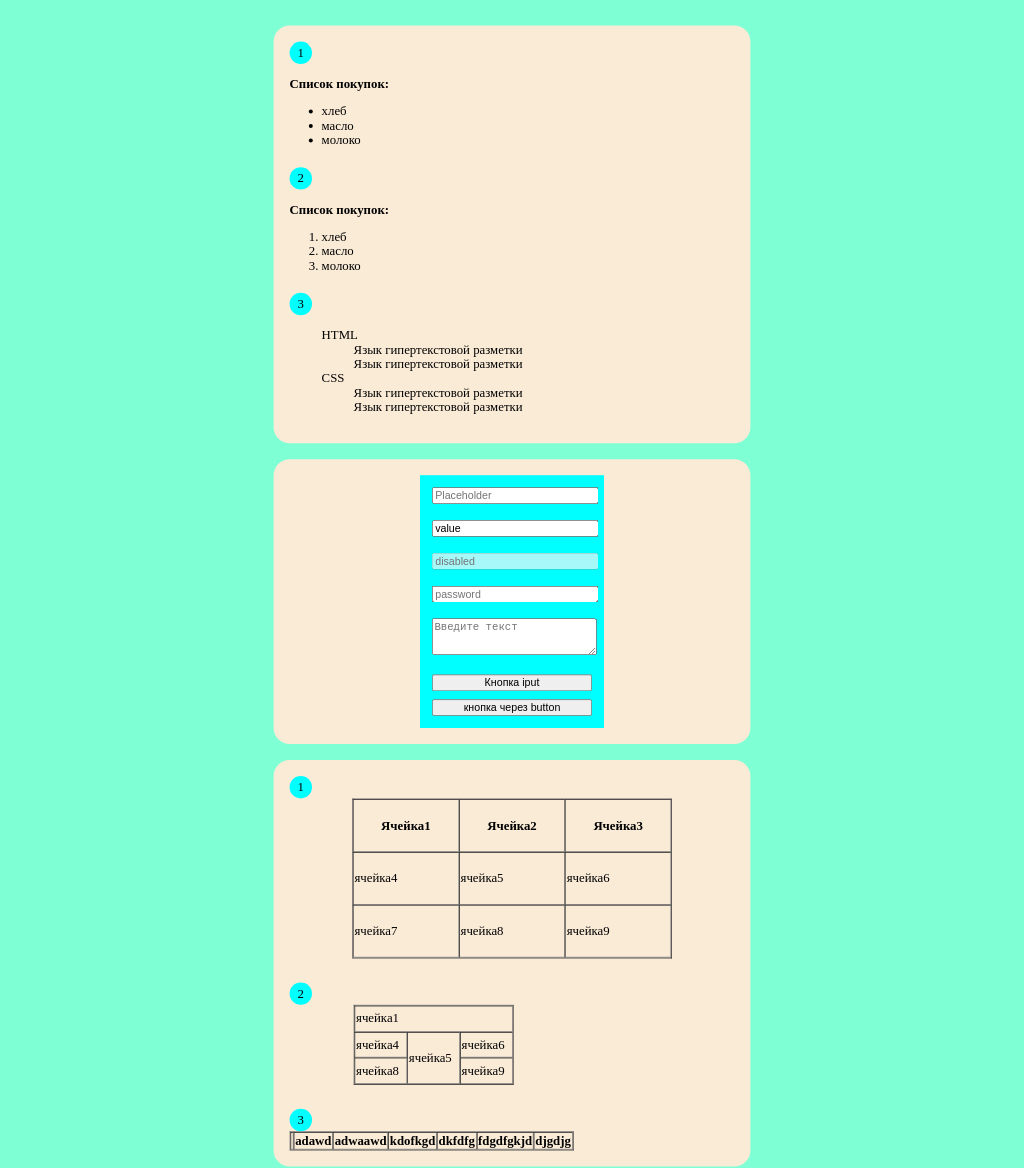
Repository: Savich01/-
Page: html/index.html
These files come from the project's save history. The page is drawn as it stood at one moment and after the next save; the edit follows.
The browser window is 1280 px wide. The pictures show the whole page, at 80% of full size.

Above is the page before, as saved 2024-05-31 17:03:17.

### html/index.html
<!DOCTYPE html>
<html lang="en">
<head>
    <meta charset="UTF-8">
    <meta name="viewport" content="width=device-width, initial-scale=1.0">
    <title>Document</title>
    <link rel="stylesheet" href="/css/style.css">
</head>
<body>

    <header class="header">

    </header>
    <main class="main">
        <div class="container">
            <section class="section-1">
                <div class="block">1</div>
                <p class="text">
                    <b>Список покупок:</b>
                </p>
                <ul class="list">
                    <li>хлеб</li>
                    <li>масло</li>
                    <li>молоко</li>
                </ul>

                <div class="block">2</div>
                <p class="text">
                    <b>Список покупок:</b>
                </p>
                <ol class="list">
                    <li>хлеб</li>
                    <li>масло</li>
                    <li>молоко</li>
                </ol>

                <div class="block">3</div>
                <ul class="main-list--item">
                    <li>HTML
                        <ul>
                            <li class="main-link">Язык гипертекстовой разметки</li>
                            <li class="main-link">Язык гипертекстовой разметки</li>
                        </ul>
                    </li>
                    <li>CSS
                        <ul>
                            <li class="main-link">Язык гипертекстовой разметки</li>
                            <li class="main-link">Язык гипертекстовой разметки</li>
                        </ul>
                    </li>
                </ul>
            </section>

            <section class="section-2">
                <form action="#" class="form">
                    <input class="input" type="text" placeholder="Placeholder">
                    <input class="input" type="text" value="value">
                    <input class="input" type="text" disabled="disabled" placeholder="disabled">
                    <input class="input" type="password" placeholder="password">
                    <textarea class="textarea" placeholder="Введите текст"></textarea>
                    <input class="input-btn" type="button" value="Кнопка iput">
                    <button class="button">кнопка через button</button>
                </form>
            </section>

            <section class="section-3">
                <div class="block">1</div>
                <table class="table" width=400 height=200 border=1 cellpedding=0 cellspacing=0>
                    <tr>
                        <th>Ячейка1</th>
                        <th>Ячейка2</th>
                        <th>Ячейка3</th>
                    </tr>

                    <tr>
                        <td>ячейка4</td>
                        <td>ячейка5</td>
                        <td>ячейка6</td>
                    </tr>
                    <tr>
                        <td>ячейка7</td>
                        <td>ячейка8</td>
                        <td>ячейка9</td>
                    </tr>
                </table>

                <div class="block">2</div>
                <table class="table2" width=200 height=100  border="1" cellpedding=0 cellspacing=0>
                    <tr>
                        <td colspan="3">ячейка1</td>
                        <!-- <td>ячейка2</td> -->
                        <!-- <td>ячейка3</td> -->
                    </tr>
                    <tr>
                        <td>ячейка4</td>
                        <td rowspan="2">ячейка5</td>
                        <td>ячейка6</td>
                    </tr>
                    <tr>
                        <!-- <td>ячейка7</td> -->
                        <td>ячейка8</td>
                        <td>ячейка9</td>
                    </tr>
                </table>

                <div class="block">3</div>
                <table class="table3"   border="1" cellpedding=0 cellspacing=0>
                    <td>
                        <th>adawd</th>
                        <th>adwaawd</th>
                        <th>kdofkgd</th>
                        <th>dkfdfg</th>
                        <th>fdgdfgkjd</th>
                        <th>djgdjg</th>
                    </td>
                </table>
            </section>
        </div>
    </main>
    <footer class="footer">

    </footer>

</body>
</html>

### css/style.css
body{
    max-width: 600px;
    height: 100%;
    margin: 0 auto;
    background-color: aquamarine;
    padding: 0px 10px;
}

.container{
    padding: 2px;
    margin-top: 30px;
}
/* ==========SECTION-1========================== */
.section-1{
    padding: 20px;
    background-color: antiquewhite;
    border-radius: 20px;
    margin-bottom: 20px;
}

.block{
    background-color:aqua;
    display: inline-block;
    padding: 5px 10px;
    border-radius: 100%;
}

.list{
    margin-bottom: 25px;
}
.main-list--item{
    list-style: none;
    /* text-decoration: none; */
}

.main-link{
    list-style: none;
}

/* ==========SECTION-2========================== */

.section-2{
    background-color: antiquewhite;
    border-radius: 20px;
    padding: 20px;
    margin-bottom: 20px;
}

.form{
    margin: 0 auto;
    max-width: 200px;
    padding: 15px;
    background-color: aqua;
}
.input{
    margin: 0 auto;
    width: 100%;
    margin-bottom: 20px;
}
.textarea{
    width: 100%;
    height: 40px;
    margin-bottom: 20px;
}

.input-btn{
    display: block;
    width: 100%;
    margin-bottom: 10px;
    cursor: pointer;
}
.button{
    display: block;
    width: 100%;
    cursor: pointer;
}

/* ==========SECTION-3========================== */

.section-3{
    background-color: antiquewhite;
    border-radius: 20px;
    padding: 20px;
}

.table{
    margin: 0 auto;
    margin-bottom: 30px;
}
.table2{
    margin-left: 80px;
    margin-bottom: 30px;
}

After the next save:
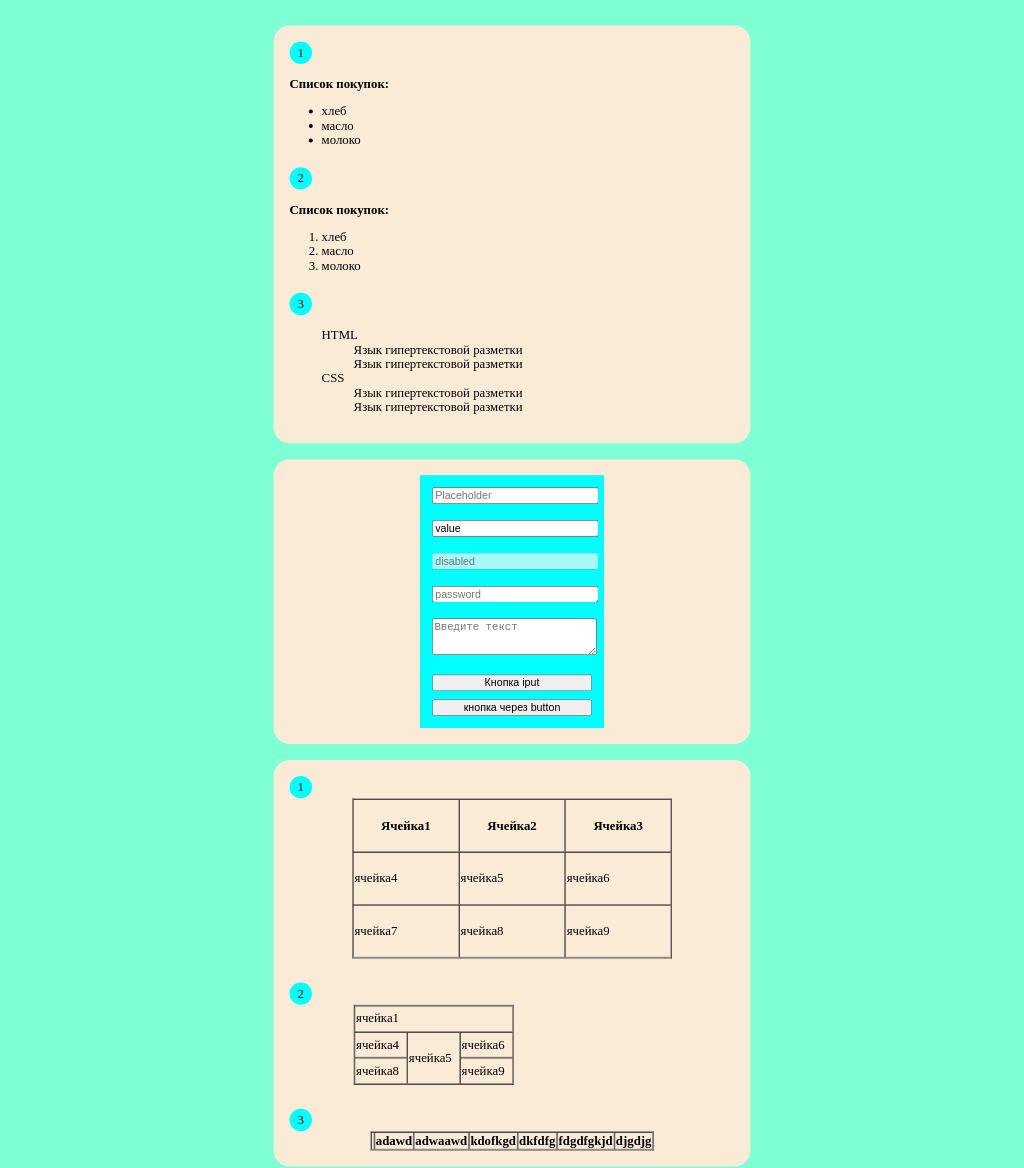
Saved 22 s later.
--- a/css/style.css
+++ b/css/style.css
@@ -91,3 +91,6 @@ body{
     margin-left: 80px;
     margin-bottom: 30px;
 }
+.table3{
+    margin: 0 auto;
+}
